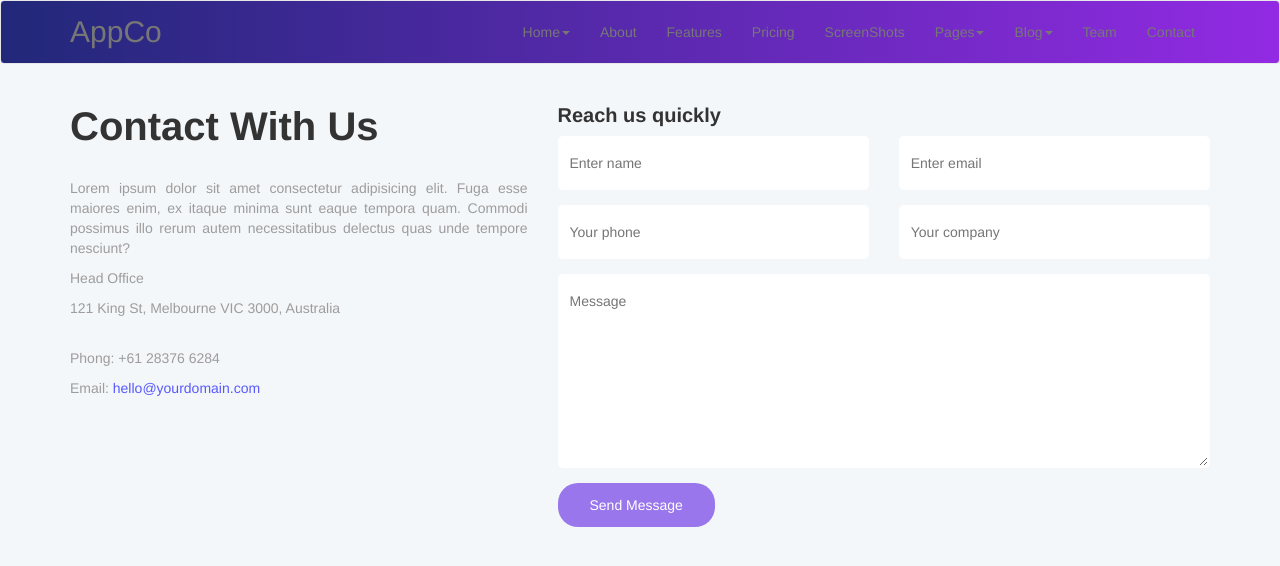
Repository: kaza1509/checkform
Page: index.html
The author's editor kept a copy of each file at every save. The page is drawn from the files as they stood at one save, then again after a run of saves.
The browser window is 1280 px wide. The pictures show the whole page.

Above is the page before, as saved 2021-12-08 19:37:02.

### index.html
<!DOCTYPE html>
<html lang="en">
<head>
    <meta charset="UTF-8">
    <meta http-equiv="X-UA-Compatible" content="IE=edge">
    <meta name="viewport" content="width=device-width, initial-scale=1.0">
    <link rel="stylesheet" href="main.css">

    <link rel="shortcut icon" href="https://github.githubassets.com/pinned-octocat.svg" type="image/x-icon">

    <link rel="stylesheet" href="https://maxcdn.bootstrapcdn.com/bootstrap/3.3.7/css/bootstrap.min.css" integrity="sha384-BVYiiSIFeK1dGmJRAkycuHAHRg32OmUcww7on3RYdg4Va+PmSTsz/K68vbdEjh4u" crossorigin="anonymous">

    <link href="//fonts.googleapis.com/css?family=Roboto:300,400,700&subset=vietnamese" rel="stylesheet">

    <title>AppCo</title>
</head>
<body>

    <nav class="navbar navbar-default header">
        <div class="container" >
          <!-- Brand and toggle get grouped for better mobile display -->
          <div class="navbar-header">
            <button type="button" class="navbar-toggle collapsed" data-toggle="collapse" data-target="#bs-example-navbar-collapse-1" aria-expanded="false">
              <span class="sr-only">Toggle navigation</span>
              <span class="icon-bar"></span>
              <span class="icon-bar"></span>
              <span class="icon-bar"></span>
            </button>
            <a class="navbar-brand" id="logo" href="#">AppCo</a>
          </div>

          <!-- Collect the nav links, forms, and other content for toggling -->
          <div class="collapse navbar-collapse" id="bs-example-navbar-collapse-1">
            <ul class="nav navbar-nav navbar-right">
              <li class="dropdown">
                <a href="#" class="dropdown-toggle" data-toggle="dropdown" role="button" aria-haspopup="true" aria-expanded="false">Home<span class="caret"></span></a>
                <ul class="dropdown-menu">
                  <li><a href="#">Action</a></li>
                  <li><a href="#">Another action</a></li>
                  <li><a href="#">Something else here</a></li>
                  <li role="separator" class="divider"></li>
                  <li><a href="#">Separated link</a></li>
                </ul>
              </li>

              <li ><a href="#">About</a></li>
              <li><a href="#">Features</a></li>
              <li><a href="#">Pricing</a></li>
              <li><a href="#">ScreenShots</a></li>

              <li class="dropdown">
                <a href="#" class="dropdown-toggle" data-toggle="dropdown" role="button" aria-haspopup="true" aria-expanded="false">Pages<span class="caret"></span></a>
                <ul class="dropdown-menu">
                  <li><a href="#">Action</a></li>
                  <li><a href="#">Another action</a></li>
                  <li><a href="#">Something else here</a></li>
                  <li role="separator" class="divider"></li>
                  <li><a href="#">Separated link</a></li>
                </ul>
              </li>

              <li class="dropdown">
                <a href="#" class="dropdown-toggle" data-toggle="dropdown" role="button" aria-haspopup="true" aria-expanded="false">Blog<span class="caret"></span></a>
                <ul class="dropdown-menu">
                  <li><a href="#">Action</a></li>
                  <li><a href="#">Another action</a></li>
                  <li><a href="#">Something else here</a></li>
                  <li role="separator" class="divider"></li>
                  <li><a href="#">Separated link</a></li>
                </ul>
              </li>

              <li><a href="#">Team</a></li>
              <li><a href="#">Contact</a></li>

            </ul>
          </div><!-- /.navbar-collapse -->
        </div><!-- /.container-fluid -->
    </nav>

    <div class="container content">
        <div class="row">
            <div class="col-sm-5">
                <h1>Contact With Us</h1>
                <br>
                <p>Lorem ipsum dolor sit amet consectetur adipisicing elit. Fuga esse maiores enim, ex itaque minima sunt eaque tempora quam. Commodi possimus illo rerum autem necessitatibus delectus quas unde tempore nesciunt?</p>
                <p>Head Office</p>
                <p>121 King St, Melbourne VIC 3000, Australia</p>
                <br>
                <p>Phong: +61 28376 6284</p>
                <p>
                    <span>Email: </span>
                    <span style="color: rgba(0, 0, 255, 0.644);">hello@yourdomain.com</span>
                </p>
            </div>

            <div class="col-sm-7">
                <div class="row">
                    <div class="col-sm-12">
                        <h4>Reach us quickly</h4>
                    </div>
                </div>
                <form action="">
                    <div class="row">
                        <div class="col-sm-6">
                            <input id="name" type="text" placeholder="Enter name">
                            <div id="inName" class="invalid">Empty name</div>
                        </div>
                        <div class="col-sm-6">
                            <input id="email" type="email" placeholder="Enter email">
                            <div id="inEmail" class="invalid">Empty email</div>
                        </div>
                    </div>

                    <div class="row">
                        <div class="col-sm-6">
                            <input id="phone" type="text" placeholder="Your phone">
                            <div id="inPhone" class="invalid">Empty phone</div>
                        </div>
                        <div class="col-sm-6">
                            <input id="company" type="text" placeholder="Your company">
                            <div id="inCompany" class="invalid">Empty company</div>
                        </div>
                    </div>

                    <div class="row">
                        <div class="col-sm-12">
                            <textarea id="message" name="" id="" cols="70" rows="8" placeholder="Message"></textarea>

                            <div class=" invalid" id="inTextarea">Empty Message</div>
                        </div>
                    </div>
                    <div class="row">
                        <div class="col-sm-12">
                            <button id="button">Send Message</button>

                            <div class="alert alert-success" id="noti" role="alert">
                                <h4 class="alert-heading">Well done!</h4>
                                <p>Aww yeah, you successfully read this important alert message. This example text is going to run a bit longer so that you can see how spacing within an alert works with this kind of content.</p>
                                <hr>
                                <p class="mb-0">Whenever you need to, be sure to use margin utilities to keep things nice and tidy.</p>
                            </div>

                        </div>
                    </div>
                </form>
            </div>
        </div>
    </div>

</body>

<!-- <script src="https://maxcdn.bootstrapcdn.com/bootstrap/3.3.7/js/bootstrap.min.js" integrity="sha384-Tc5IQib027qvyjSMfHjOMaLkfuWVxZxUPnCJA7l2mCWNIpG9mGCD8wGNIcPD7Txa" crossorigin="anonymous"></script> -->

<script src="./main.js"></script>
</html>

### main.css
* {
    padding: 0;
    margin: 0;
    box-sizing: border-box;
}

:root {
    --height-header: 70px
}

body {
    font-family: Roboto, sans-serif;
    background-color: #F4F7FA!important;
}

.header {
    padding: 6px 0;
    background-image: linear-gradient(90deg, #212879, #922AE3);
}

#modi a {
    display: inline-block;
    color: #fff;
}

#logo {
    font-size: 30px;
}

.content h1 {
    font-weight: bold;
    font-size: 40px;
}

.content p, .content span {
    color: rgb(158, 156, 156);
    text-align: justify;
}

.content h4 {
    font-size: 20px;
    font-weight: bold;
    padding-top: 10px;
}

.content input, .content textarea {
    width: 100%;
    padding: 15px 10px;
    outline: none;
    border: 2px solid transparent;
    font-size: 14px;
    background-color: #fff;
    /* margin-bottom: 15px; */
    border-radius: 5px;
}

.invalid {
    margin-top: 4px;
    color: red;
    display: none;
}

#phone, #company, .content textarea {
    margin-top: 15px;
}

.content button {
    color: #fff;
    background: #9976EB;
    border-radius: 20px;
    padding: 10px 30px;
    margin-top: 10px;
    border: 2px solid transparent;
    outline: none;
}

.content input:focus {
    border: 2px solid #9976EB;
}

.content button:hover {
    border: 2px solid #9976EB;
    background-color: transparent;
    color: rgb(170, 170, 170);
}

@media screen and (max-width: 768px) {
    #email {
        margin-top: 10px;
    }
    #button {
        width: 100%;
        margin-bottom: 100px;
    }
}

#noti {
    margin-top: 15px;
    display: none;
}

### main.js
let button = document.getElementById('button')

let inName = document.getElementById('inName')
let inEmail = document.getElementById('inEmail')
let inPhone = document.getElementById('inPhone')
let inCompany = document.getElementById('inCompany')
let inTextarea = document.getElementById('inTextarea')

let name = document.getElementById('name')
let email = document.getElementById('email')
let phone = document.getElementById('phone')
let company = document.getElementById('company')
let textarea = document.getElementById('message')

let borderSucess = '2px solid green'
let borderFail =  '2px solid red'
let success = []

button.addEventListener('click', () => {

    //======== check phần input name ==========
    if(name.value == '') {
        inName.style.display = 'block'
        name.style.border = borderFail
    }
    else {
        let pattern = /^[a-zA-Z ]+$/gi
        //đúng
        if(pattern.test(name.value)) {
            //không vượt quá 32 kí tự
            if(name.value.length < 6 || name.value.length > 32) {
                name.style.border = borderFail
                inName.innerHTML = 'Name must have 6 to 32 character'
                inName.style.display = 'block'
            }
            else {
                name.style.border = borderSucess
                inName.style.display = 'none'
                success.push(0)
            }
        }
        //sai
        else {
            name.style.border = borderFail
            inName.innerHTML = 'Wrong format'
            inName.style.display = 'block'
        }
    }

    //======== check phần input email ==========

    if(email.value == '') {
        inEmail.style.display = 'block'
        email.style.border = borderFail
    }
    else {
        let pattern = /^[a-z]{1}[a-zA-Z0-9]+@([a-z]+.)+$/gi
        if(pattern.test(email.value)) {
            //không vượt quá 32 kí tự
            if(email.value.length > 32) {
                email.style.border = borderFail
                inEmail.innerHTML = 'Email not over 32 character'
                inEmail.style.display = 'block'
            }
            else {
                email.style.border = borderSucess
                inEmail.style.display = 'none'
                success.push(0)
            }
        }
        else {
            email.style.border = borderFail
            inEmail.innerHTML = 'Wrong format'
            inEmail.style.display = 'block'
        }

    }

    //======== check phần input phone ==========

    if(phone.value == '') {
        inPhone.style.display = 'block'
        phone.style.border = borderFail
    }
    else {
        let pattern = /^0[0-9]{8,9}/gi
        if(pattern.test(phone.value)) {
            phone.style.border = borderSucess
            inPhone.style.display = 'none'
            success.push(0)
        }
        else {
            phone.style.border = borderFail
            inPhone.innerHTML = 'Phone has 9 or 10 number'
            inPhone.style.display = 'block'
        }
    }

    //======== check phần input company ==========

    if(company.value == '') {
        inCompany.style.display = 'block'
        company.style.border = borderFail
    }
    else {
        let pattern = /company(_[a-zA-Z0-9]+)+$/gi
        if(pattern.test(company.value)) {
            company.style.border = borderSucess
            inCompany.style.display = 'none'
            success.push(0)
        }
        else {
            company.style.border = borderFail
            inCompany.innerHTML = 'Wrong format. It must be COMPANY_XXX'
            inCompany.style.display = 'block'
        }
    }

    //======== check phần input message ==========
    if(textarea.value == '') {
        inTextarea.style.display = 'block'
        textarea.style.border =  borderFail
    }
    else {
        inTextarea.style.display = 'none'
        textarea.style.border =  borderSucess
        success.push(0)
    }
    if(success.length == 5) {
        let noti = document.getElementById('noti')
        noti.style.display = 'block'
        //--------------------------------------

    }
})

button.addEventListener('click', (e) => {
    e.preventDefault()
})

After the next 2 saves:
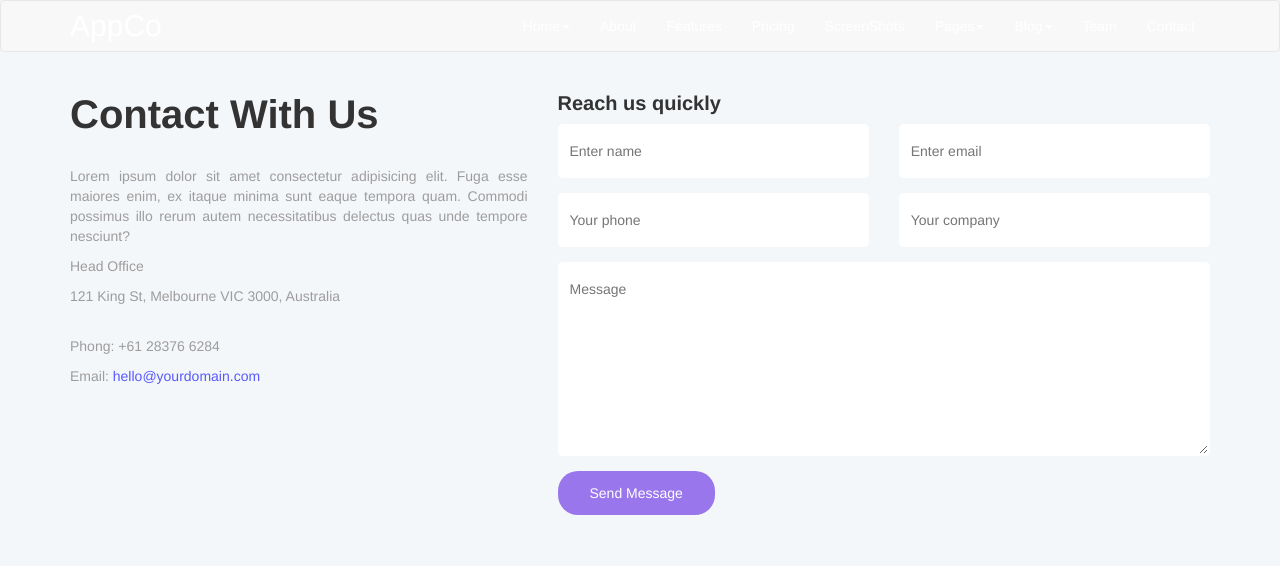
The 2 saves are shown as one change because they came seconds apart.
The last was saved 8 s later.
--- a/index.html
+++ b/index.html
@@ -16,8 +16,8 @@
 </head>
 <body>
 
-    <nav class="navbar navbar-default header">
-        <div class="container" >
+    <nav class="navbar navbar-default ">
+        <div class="container" id="modi">
           <!-- Brand and toggle get grouped for better mobile display -->
           <div class="navbar-header">
             <button type="button" class="navbar-toggle collapsed" data-toggle="collapse" data-target="#bs-example-navbar-collapse-1" aria-expanded="false">

After the save that followed:
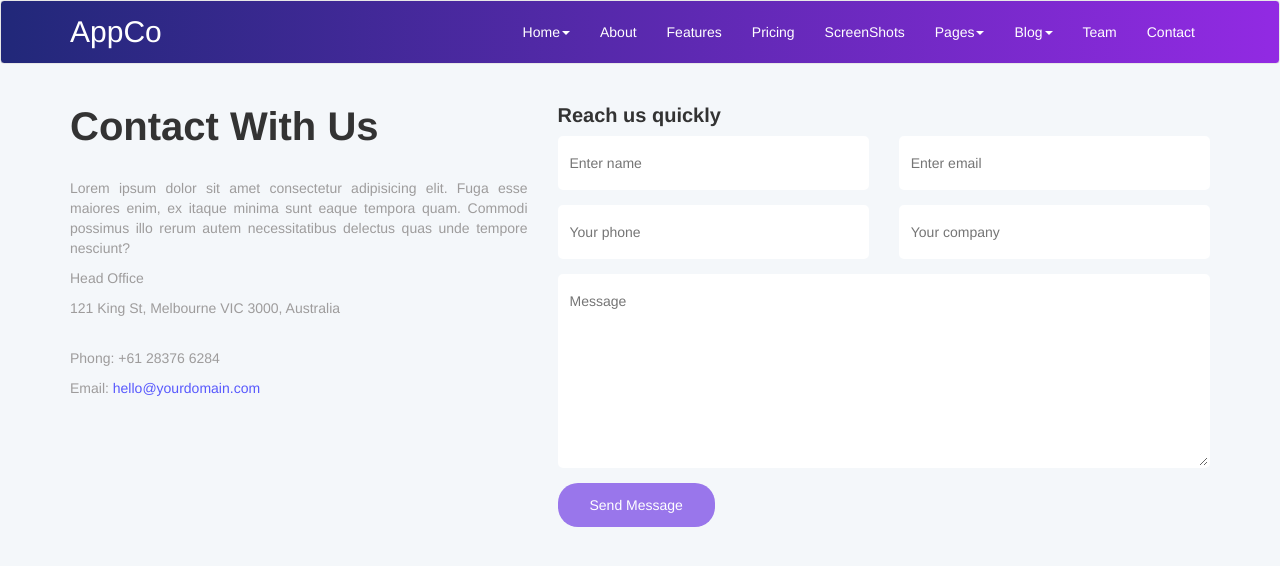
Saved 6 s later.
--- a/index.html
+++ b/index.html
@@ -16,7 +16,7 @@
 </head>
 <body>
 
-    <nav class="navbar navbar-default ">
+    <nav class="navbar navbar-default header">
         <div class="container" id="modi">
           <!-- Brand and toggle get grouped for better mobile display -->
           <div class="navbar-header">
